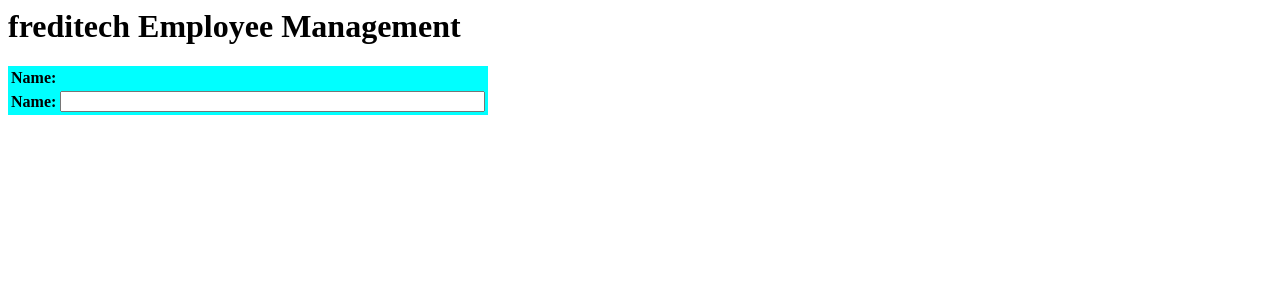
Repository: freditech/gaecode
Page: JDOExample/war/index.html
These files come from the project's save history. The page is drawn as it stood at one moment and after the next save; the edit follows.
The browser window is 1280 px wide. The pictures show the whole page.

Above is the page before, as saved 2013-08-15 16:41:45.

After the next save:
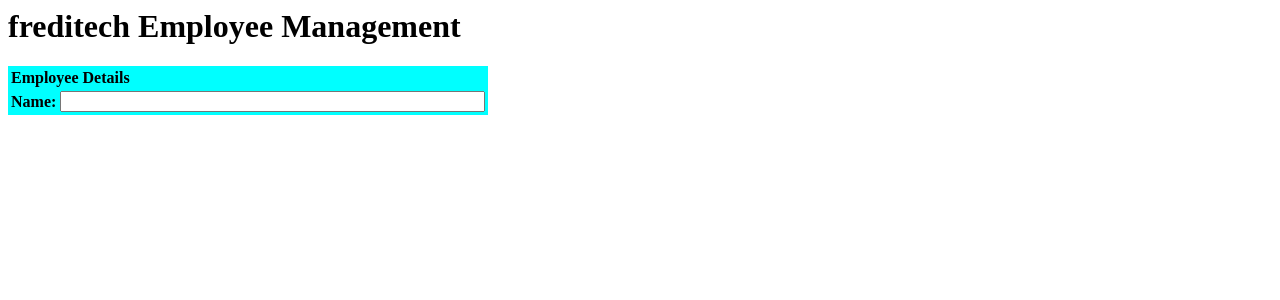
Saved 9 s later.
--- a/JDOExample/war/index.html
+++ b/JDOExample/war/index.html
@@ -17,7 +17,7 @@
 	<form action="/manageEmployee"></form>
     <table style="background-color: aqua;border-color: white;">
       <tr>
-        <td colspan="2" style="font-weight:bold;">Name:</td>
+        <td colspan="2" style="font-weight:bold;"> Employee Details</td>
       </tr>
       <tr>
         <td style="font-weight:bold;">Name:</td>
